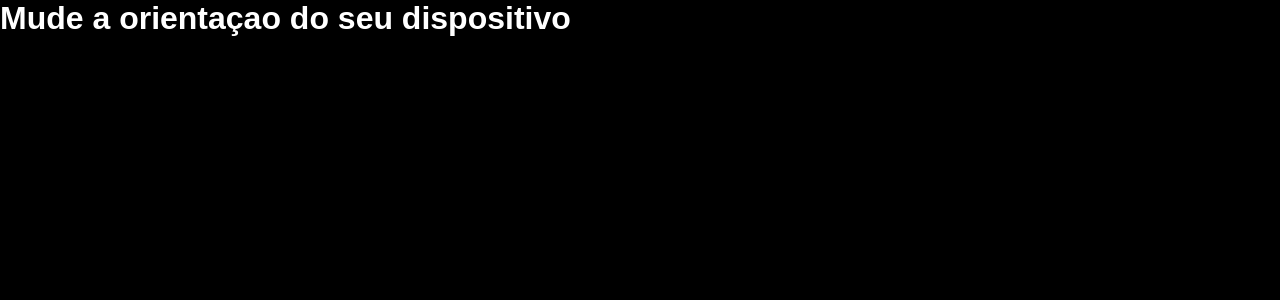
Repository: Lucianorodriguesdev/cursoHTML-CSS
Page: ex026/mq002/index.html
The author's editor kept a copy of each file at every save. The page is drawn from the files as they stood at one save, then again after the next save.
The browser window is 1280 px wide. The pictures show the whole page.

Above is the page before, as saved 2026-07-13 20:18:45.
Not found: ex026/mq002/estilo/paisagem.css
Not found: ex026/mq002/estilo/retrato.css

After the next save:
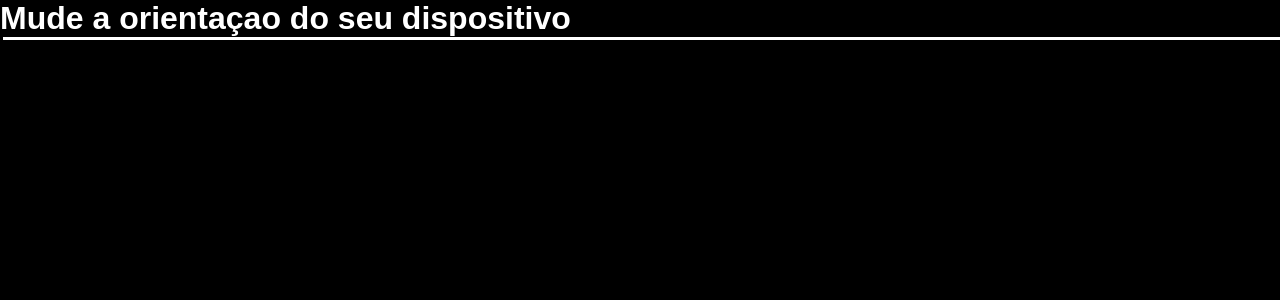
Saved 19 s later.
--- a/ex026/mq002/estilo/style.css
+++ b/ex026/mq002/estilo/style.css
@@ -11,5 +11,5 @@ html,body{
 }
 h1{
     color: white;
-    box-shadow: ;
+    box-shadow: 3px 3px 0;
 }

After the 2 saves that followed:
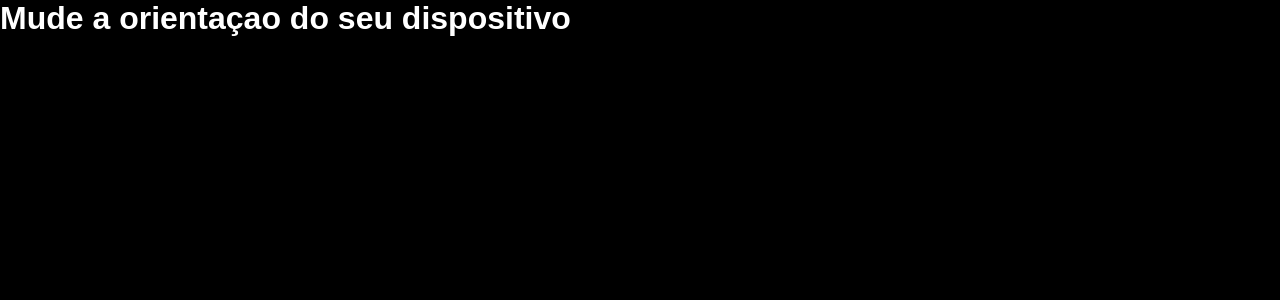
The 2 saves are shown as one change because 1 left the picture as it was.
The last was saved 14 s later.
--- a/ex026/mq002/estilo/style.css
+++ b/ex026/mq002/estilo/style.css
@@ -11,5 +11,5 @@ html,body{
 }
 h1{
     color: white;
-    box-shadow: 3px 3px 0;
+    box-shadow: 3px 3px 0px black;
 }
